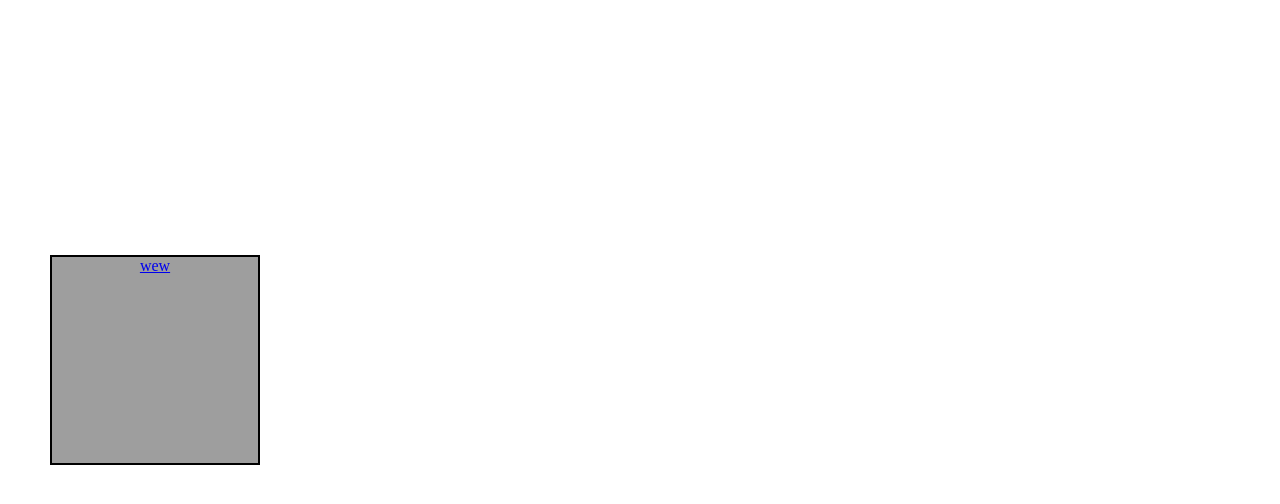
Repository: ahsankalim09/light-Agency
Page: services.html
The author's editor kept a copy of each file at every save. The page is drawn from the files as they stood at one save, then again after the next save.
The browser window is 1280 px wide. The pictures show the whole page.
The pointer rests on the first visible `.facebook`.
Pictures or frames that could not be fetched are drawn as grey boxes.

Above is the page before, as saved 2020-10-11 19:33:52.

### services.html
<html>
  <head>
    <title>Light Agency Market</title>
    <style>
      * {
        margin: 0px;
        padding: 0px;
        box-sizing: border-box;
      }
      section{
          /* background-color: #000000d9; */
      }
      .container-data {
          text-align: center;
          padding: 50px;
        overflow: hidden;
        width: 100%;
        height: 100vh;
        box-sizing: border-box;
        display: flex;
        justify-content: center;
        flex-direction: column;
        justify-content: center;
        flex-wrap:wrap;
      }
      /* img {
        width: 200px;
        height: 200px;
        cursor: pointer;
        border-radius: 50%;
        transition: all 2s;
        border: 2px solid transparent;
      } */

      .facebook{
        display: block;
        width: 200px;
        height: 200px;
        cursor: pointer;
        background-image: url('./assests/images/social-media/PUZZLE1.png');
        background-size: cover;
        background-position: center;
        /* border-radius: 50%; */
        transition: all 1.5s;
        border: 2px solid black;
      }

      .facebook:hover{
        background-image: url('./assests/bg-services/PUZZLE1.png');
        width: 210px;
        height: 210px;
      }

      /* img:hover{
          border: 2px solid yellow;
          border-radius: 50%;
          transform: scaleX(1.5);
      } */
    </style>
  </head>
  <body>
      <section>
    <div class="container-data">
      <a href="#" class="facebook">
        wew
      </a>

    <!-- <a href="facebook.html"><img  class="facebook"  src="./assests/images/social-media/PUZZLE1.png" /></a>
    <a href="linkdin.html"><img src="./assests/images/social-media/PUZZLE2.png" /></a>
        <a href="twitter.html"><img src="./assests/images/social-media/PUZZLE3.png" /></a>
            <a href="youtube.html"><img src="./assests/images/social-media/PUZZLE4.png" /></a>
                <a href="pinterest.html"><img src="./assests/images/social-media/PUZZLE5.png" /></a>
                    <a href="pinterest.html"><img src="./assests/images/social-media/PUZZLE6.png" /></a>
                        <a href="pinterest.html"><img src="./assests/images/social-media/PUZZLE7.png" /></a>
                            <a href="pinterest.html"><img src="./assests/images/social-media/PUZZLE8.png" /></a>
                                <a href="pinterest.html"><img src="./assests/images/social-media/PUZZLE9.png" /></a>
                                    <a href="pinterest.html"><img src="./assests/images/social-media/PUZZLE10.png" /></a> -->

        </section>



    </div>
  </body>
</html>

After the next save:
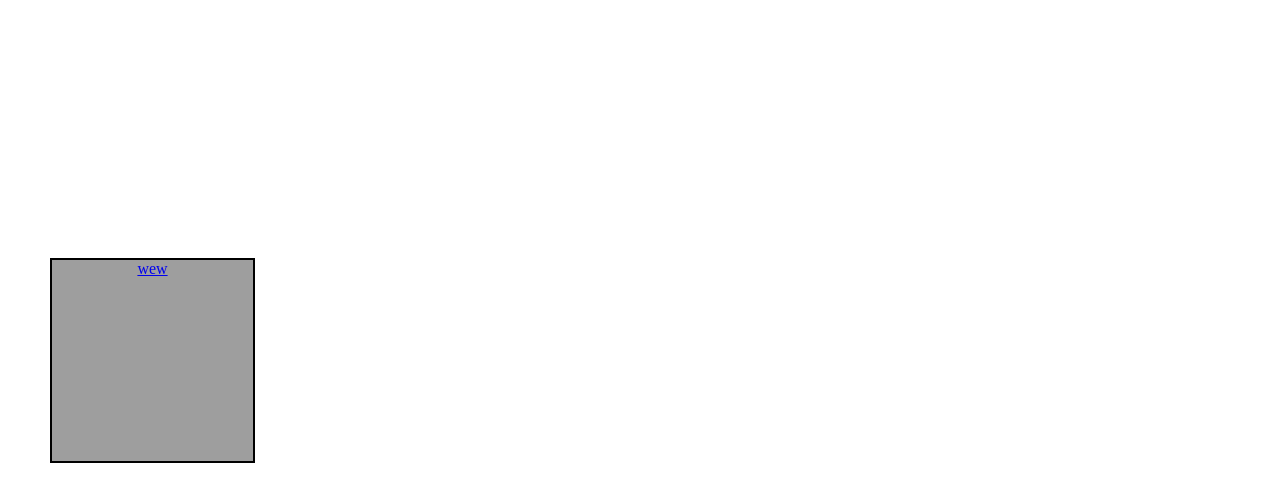
Saved 18 s later.
--- a/services.html
+++ b/services.html
@@ -47,8 +47,8 @@
 
       .facebook:hover{
         background-image: url('./assests/bg-services/PUZZLE1.png');
-        width: 210px;
-        height: 210px;
+        width: 205px;
+        height: 205px;
       }
 
       /* img:hover{
